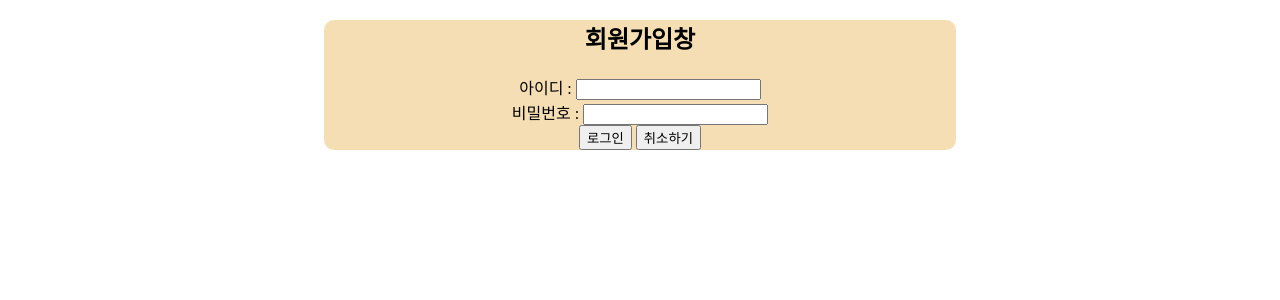
Repository: ineble/demo1
Page: http://localhost/test/hello2.jsp
The author's editor kept a copy of each file at every save. The page is drawn from the files as they stood at one save, then again after the next save.
The browser window is 1280 px wide. The pictures show the whole page.
The page is served by Tomcat 10.

Above is the page before, as saved 2022-08-03 08:40:27.

After the next save:
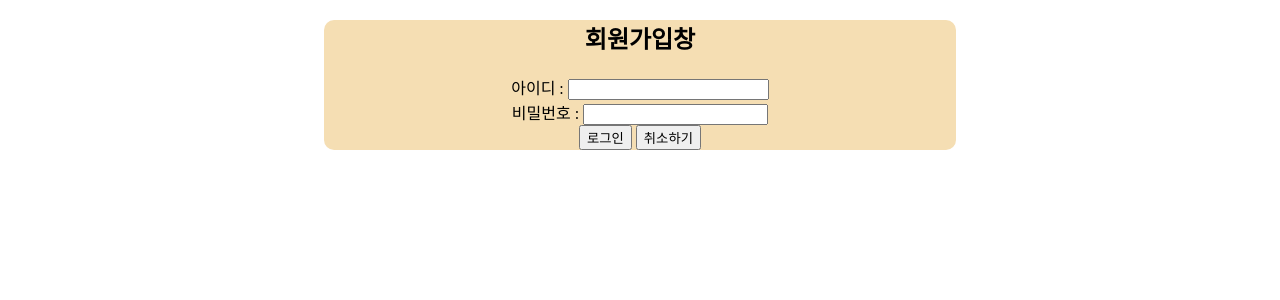
Saved 24 s later.
--- a/test/src/main/webapp/hello2.jsp
+++ b/test/src/main/webapp/hello2.jsp
@@ -25,7 +25,7 @@
 	<div id="loginForm">
 	<h2>회원가입창</h2>
 	<form action="result.jsp" method="post" name="frmLogin" enctype="utf-8">
-	 아이디 : <input type="text" name="user_id" size="20"> <br>
+	아이디 : <input type="text" name="user_id" size="22"> <br>
 	비밀번호 : <input type="password" name="user_pw" size="20"> <br>
 	<input type="submit" value="로그인">
 	<input type="reset" value="취소하기">
